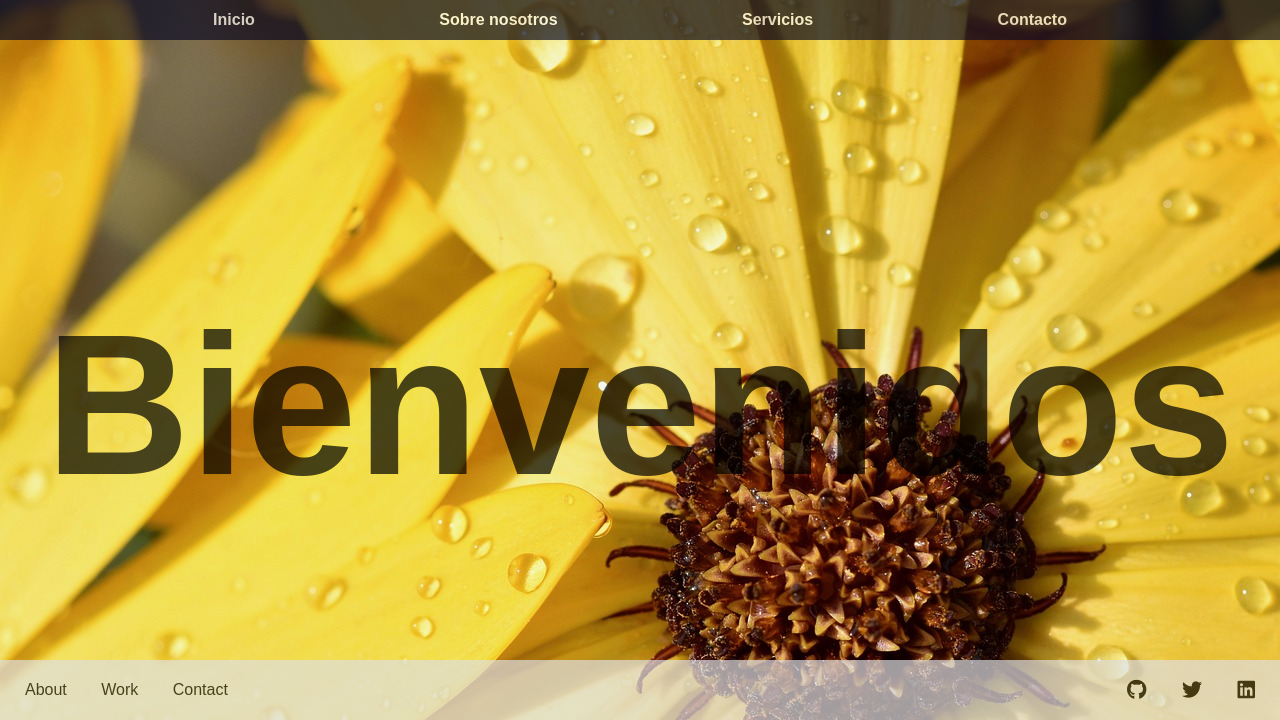
Repository: RaquelAlvarezz/Ejercicios-FormawebIV
Page: Práctica examen/index.html
These files come from the project's save history. The page is drawn as it stood at one moment and after the next save; the edit follows.
The browser window is 1280 px wide. The pictures show the whole page.

Above is the page before, as saved 2021-11-25 13:23:57.
Console error: TypeError: Cannot read properties of null (reading 'addEventListener')

### Práctica examen/index.html
<!DOCTYPE html>
<html lang="en">
<head>
    <meta charset="UTF-8">
    <meta http-equiv="X-UA-Compatible" content="IE=edge">
    <meta name="viewport" content="width=device-width, initial-scale=1.0">
    <link rel="stylesheet" href="https://cdnjs.cloudflare.com/ajax/libs/font-awesome/5.15.1/css/all.min.css" integrity="sha512-+4zCK9k+qNFUR5X+cKL9EIR+ZOhtIloNl9GIKS57V1MyNsYpYcUrUeQc9vNfzsWfV28IaLL3i96P9sdNyeRssA==" crossorigin="anonymous" />
    <link rel="stylesheet" href="css/styles.css">
    <script src="js/script.js"type="text/javascript" defer></script>
    <script src="js/footer.js" type="text/javascript" defer></script>
    <title>Inicio</title>
</head>
<body>
    <header-component></header-component>
   <main>
    <!-- Your page's content -->
    <h1>Bienvenidos</h1>

  </main>
  <footer-component></footer-component>
</body>
</html>

### Práctica examen/css/styles.css
* {
    margin: 0;
    padding: 0;
}
html,
body {
  height: 100%;
}

body {
 background-image:url(../img/flower-g59389d559_1920.jpg);
  font-family: sans-serif;
  display: flex;
  flex-direction: column;
  opacity: 0.7;
}

 h1{
     text-align: center;
     font-size: 200px;
     margin-top:250px;
 }

  main {
    flex: 1 0 auto;
  }

### Práctica examen/js/script.js
const headerTemplate = document.createElement('template');

headerTemplate.innerHTML = `
  <style>
    nav {
      height: 40px;
      display: flex;
      align-items: center;
      justify-content: center;
      background-color:  #0a0a23;
    }

    ul {
      padding: 0;
    }

    ul li {
      list-style: none;
      display: inline;
    }

    a {
      font-weight: 700;
      margin: 0 90px;
      color: #fff;
      text-decoration: none;
    }

    a:hover {
      padding-bottom: 5px;
      box-shadow: inset 0 -2px 0 0 #fff;
    }
  </style>
  <div class="container">
       <div class="nav-wrapper">
           <div class="hamburger-menu">
               <div class="line line-1"></div>
               <div class="line line-2"></div>
               <div class="line line-3"></div>
           </div>
       <nav class="top-nav">
            <ul class="nav-list">

                   <li><a href="#" class="nav-link" data-text="Home">Inicio</a></li>
                   <li><a href="#" class="nav-link" data-text="About Us">Sobre nosotros</a></li>
                   <li><a href="#" class="nav-link" data-text="Services">Servicios</a></li>
                   <li><a href="#" class="nav-link" data-text="Contact">Contacto</a></li>
             </ul>
          </nav>
       </div>
   </div>
`;

class Header extends HTMLElement {
  constructor() {
    super();
  }

  connectedCallback() {
    const shadowRoot = this.attachShadow({ mode: 'closed' });

    shadowRoot.appendChild(headerTemplate.content);
  }
}
customElements.define('header-component', Header);
document.querySelector('.hamburger-menu').addEventListener('click', () => {
    document.querySelector('.nav-wrapper').classList.toggle('change');
});

### Práctica examen/js/footer.js
const footerTemplate = document.createElement('template');

footerTemplate.innerHTML = `
  <style>
    footer {
      height: 60px;
      padding: 0 10px;
      list-style: none;
      display: flex;
      flex-shrink: 0;
      justify-content: space-between;
      align-items: center;
      background-color: #dfdfe2;
    }

    ul {
      padding: 0;
    }

    ul li {
      list-style: none;
      display: inline;
    }

    a {
      margin: 0 15px;
      color: inherit;
      text-decoration: none;
    }

    a:hover {
      padding-bottom: 5px;
      box-shadow: inset 0 -2px 0 0 #333;
    }

    .social-row {
      font-size: 20px;
    }

    .social-row li a {
      margin: 0 15px;
    }
  </style>
  <footer>
    <ul>
      <li><a href="about.html">About</a></li>
      <li><a href="work.html">Work</a></li>
      <li><a href="contact.html">Contact</a></li>
    </ul>
    <ul class="social-row">
      <li><a href="https://github.com"><i class="fab fa-github"></i></a></li>
      <li><a href="https://twitter.com"><i class="fab fa-twitter"></i></a></li>
      <li><a href="https://www.linkedin.com"><i class="fab fa-linkedin"></i></a></li>
    </ul>
  </footer>
`;

class Footer extends HTMLElement {
  constructor() {
    super();
  }

  connectedCallback() {
    const fontAwesome = document.querySelector('link[href*="font-awesome"]');
    const shadowRoot = this.attachShadow({ mode: 'closed' });

    if (fontAwesome) {
      shadowRoot.appendChild(fontAwesome.cloneNode());
    }

    shadowRoot.appendChild(footerTemplate.content);
  }
}

customElements.define('footer-component', Footer);

After the next save:
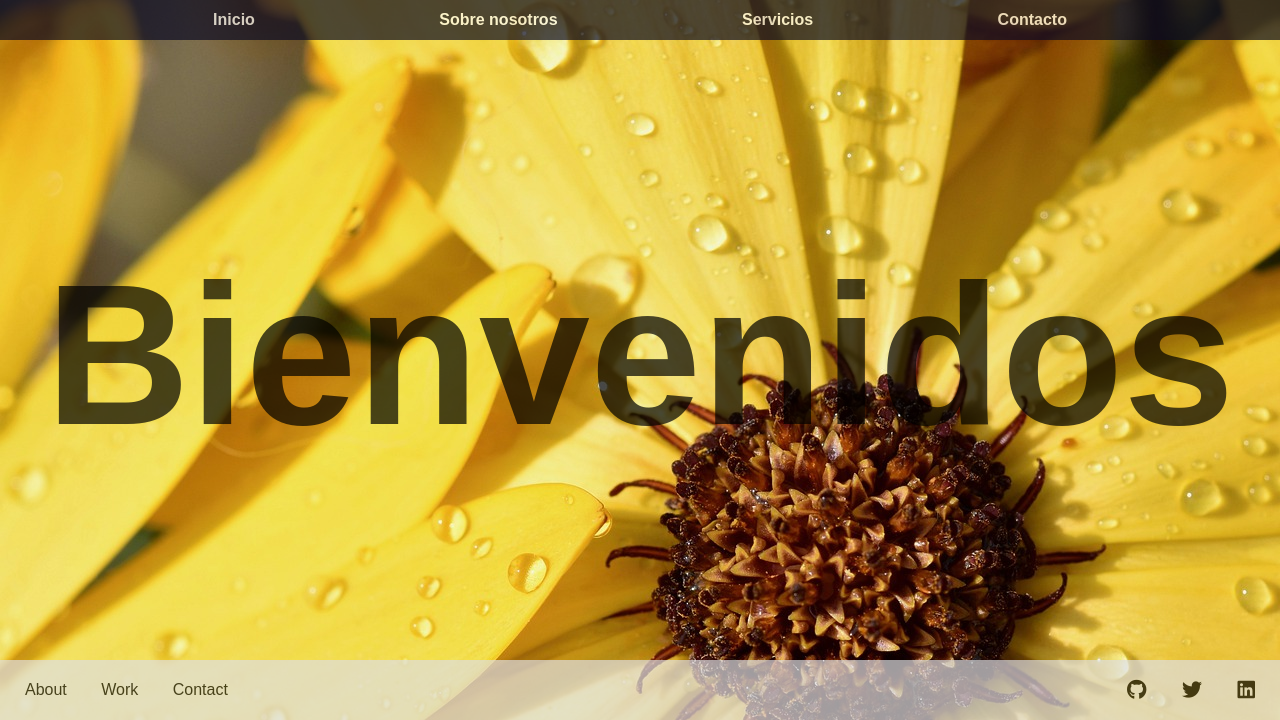
Saved 5 s later.
--- a/Práctica examen/css/styles.css
+++ b/Práctica examen/css/styles.css
@@ -18,7 +18,7 @@
  h1{
      text-align: center;
      font-size: 200px;
-     margin-top:250px;
+     margin-top:200px;
  }
 
   main {
